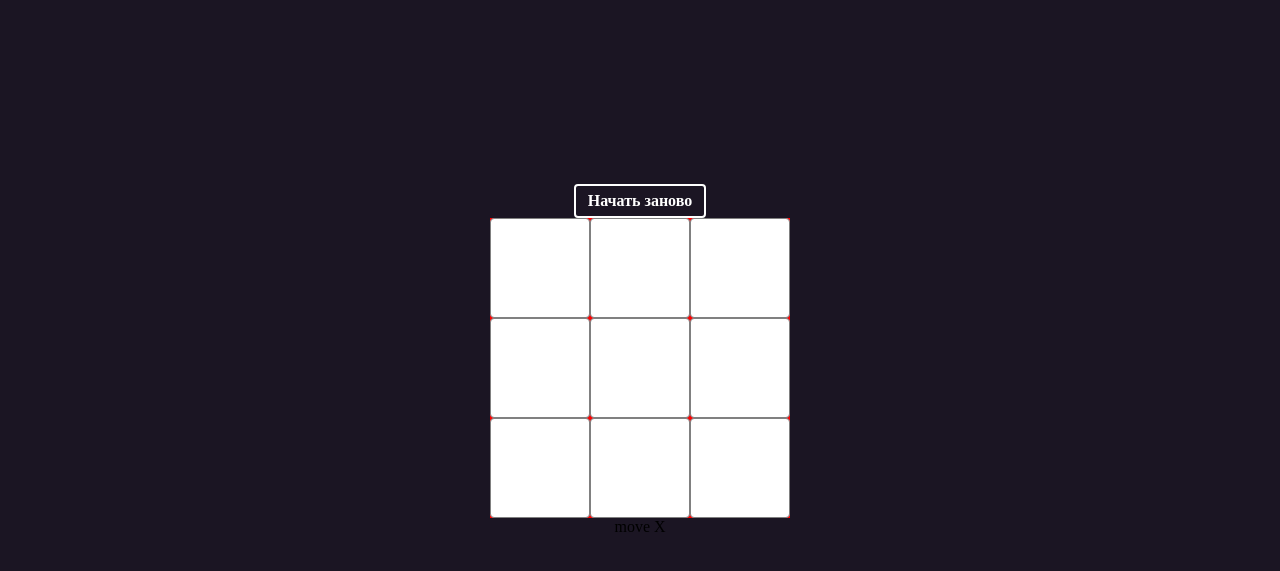
Repository: Minkeani/TIC-TAC_TOE
Page: /
These files come from the project's save history. The page is drawn as it stood at one moment and after the next save; the edit follows.
The browser window is 1280 px wide. The pictures show the whole page.
The pointer rests on the first visible `button`.
Some web fonts or font styles are not loaded; a fallback is used. The project was rebuilt for these pictures with package versions that can differ from the ones it lists, and the page was loaded fresh each time.

Above is the page before, as saved 2022-05-22 16:47:30.

### public/index.html
<!DOCTYPE html>
<html lang="en">
  <head>
    <meta charset="utf-8" />
    <link rel="icon" href="%PUBLIC_URL%/favicon.ico" />
    <meta name="viewport" content="width=device-width, initial-scale=1" />
    <title>React App</title>
    <link rel="preconnect" href="https://fonts.googleapis.com">
<link rel="preconnect" href="https://fonts.gstatic.com" crossorigin>
<link href="https://fonts.googleapis.com/css2?family=Koulen&display=swap" rel="stylesheet">
  </head>
  <body>
    <div id="root"></div>
  </body>
</html>

### src/index.css
* {
  font-family: 'Koulen', cursive;
  margin: 0;
  padding: 0;
  box-sizing: border-box
}

### src/App.js
import './App.css';
import Game from './components/Game';

function App() {
  return (
    <div className="App">
     <Game/>
    </div>
  );
}

export default App;

### src/components/Game.jsx
import React, { useState } from 'react'
import './Game.css'
import { calWin } from '../helper'
import Board from './Board'
import { within } from '@testing-library/react'

export default function Game() {

    const [board, setBoard] = useState(Array(9).fill(null))


    const [xIs, setXIs] = useState(true)

    const winner = calWin(board)

    const HandleClick = (index) => {
        const BoardCopy = [...board]

        if(winner || BoardCopy[index]) return

        BoardCopy[index] = xIs ? 'X' : 'O'

        setBoard(BoardCopy)
        setXIs(!xIs)
    }

    const startNewGame = () => {
        return (
            <button className='startNewGame'
            onClick={() => setBoard(Array(9).fill(null))}
            >
                Начать заново
            </button>
        )
    }

  return (
    <div className='wrapper'>
        {startNewGame()}
      <Board
      squares={board}
      click={HandleClick}
      />
      <p>{winner ? 'Winner ' + winner : 'move' + (xIs ? ' X' : ' O')}</p>
    </div>
  )
}

### src/components/Game.css
.wrapper {
    min-height: 100vh;
    width: 100%;
    background: #1b1523;
    display: flex;
    align-items: center;
    justify-content: center;
    flex-direction: column
}

button {
    background: none;
    border: 2px solid #fff;
    border-radius: 4px;
    color: #fff;
    cursor: pointer;
    font-size: 1em;
    font-weight: 700;
    padding: 6px 12px;
}

### src/helper.js
export function calWin(sq) {
    const lin = [
        [0, 1, 3],
        [3, 4, 5],
        [6, 7, 8],
        [0, 3, 6],
        [1, 4, 7],
        [2, 5, 8],
        [0, 4, 8],
        [2, 4, 6],
    ]

    for(let i = 0; i < lin.length; i++) {
        const [a, b, c] = lin[i]
        if(sq[a] && sq[a] === sq[b] && sq[a] === sq[c]) {
            return sq[a]
        }
    }
    return null
}

### src/components/Board.jsx
import React from 'react'
import './Board.css'
import Square from './Square'

export default function Board({squares, click}) {


  return (
    <div className='board'>
      {
          squares.map((square, index) => (
              <Square
                key={index}
                value={square}
                onClick={() => click(index)}
              />
          ))
      }
    </div>
  )
}

### src/components/Board.css
.board {
    width: 300px;
    height: 300px;
    background-color: red;
    display: flex;
    flex-wrap: wrap
}

### src/components/Square.jsx
import React from 'react'
import './Square.css'

export default function Square(props) {
  return (
    <button className='square'
    onClick={props.onClick}
    >
      {props.value}
    </button>
  )
}

### src/components/Square.css
.square {
    width: 100px;
    height: 100px;
    background: white;
    border: 1px solid gray;
    cursor: pointer;
    outline: none;
    align-items: center;
    font-size: 25px;
    justify-content: center;
    display: flex
}

Loaded but not shown: src/index.js (common file); src/App.css (common file)

After the next save:
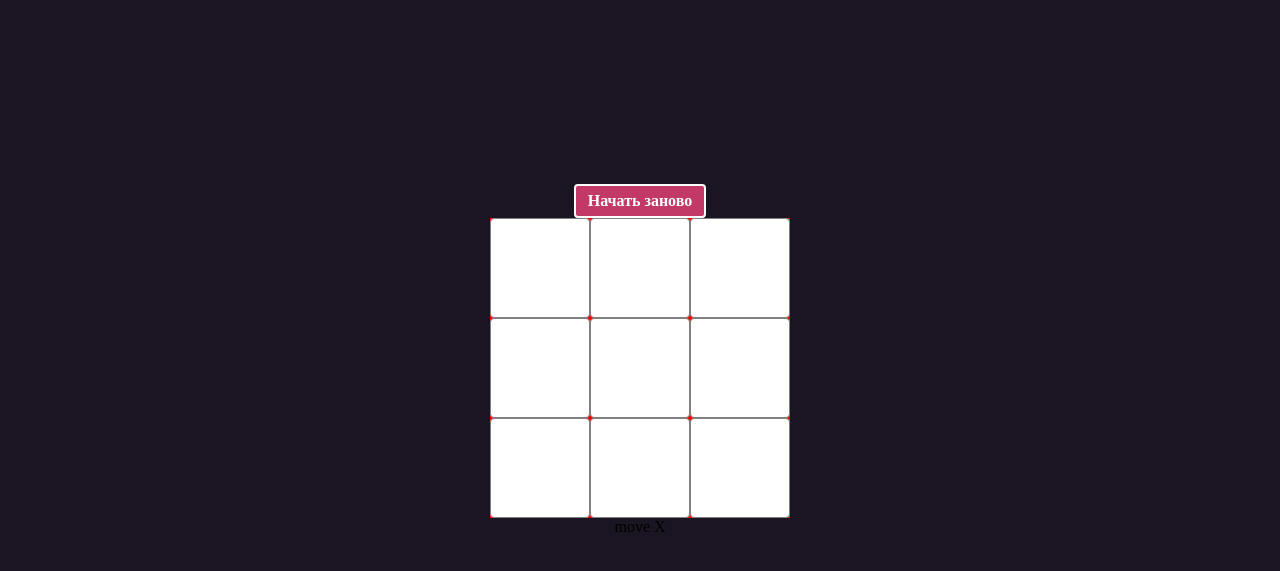
Saved 2 min 4 s later.
--- a/src/components/Game.css
+++ b/src/components/Game.css
@@ -18,3 +18,8 @@ button {
     font-weight: 700;
     padding: 6px 12px;
 }
+
+button:hover {
+    background: #c23866;
+    color: #fff;
+}
